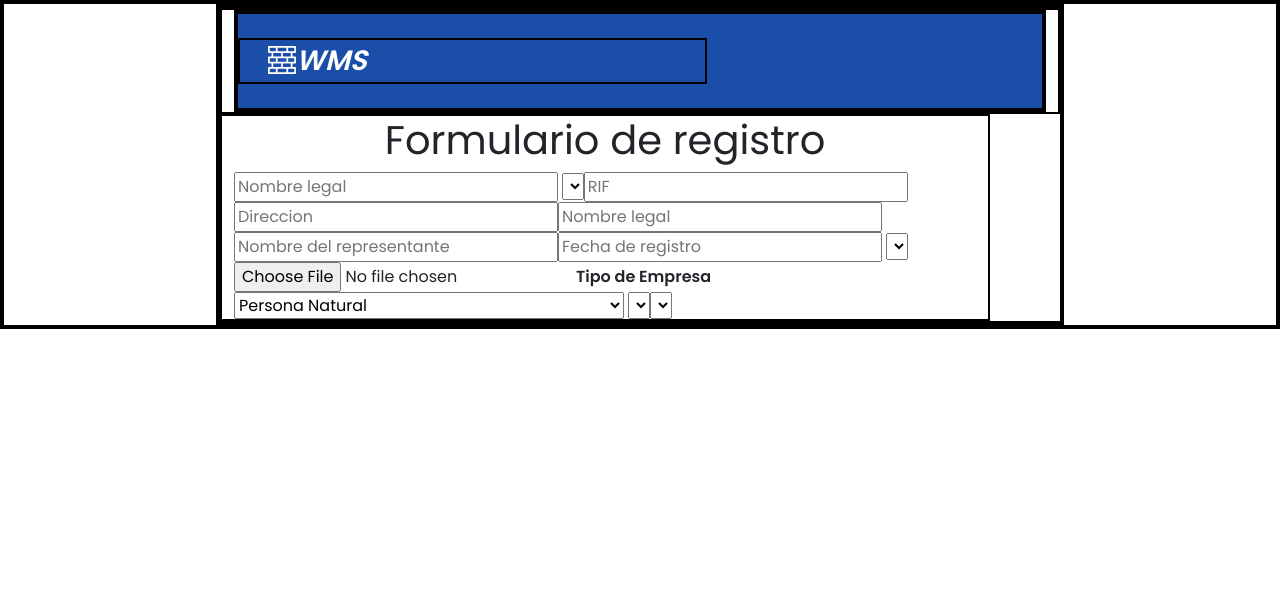
Repository: Rafa-x64/Gestion_inventario_practica
Page: http://localhost/Gestion_inventario/index.php?page=registro-empresa
An editor plug-in stored every save of this project. The page is shown before and after a run of saves, followed by the edit.
The browser window is 1280 px wide. The pictures show the whole page.
The page is run by PHP 8.4 with error messages shown; the project is at /var/www/html/.

Above is the page before, as saved 2025-07-22 17:48:58.

After the next 7 saves:
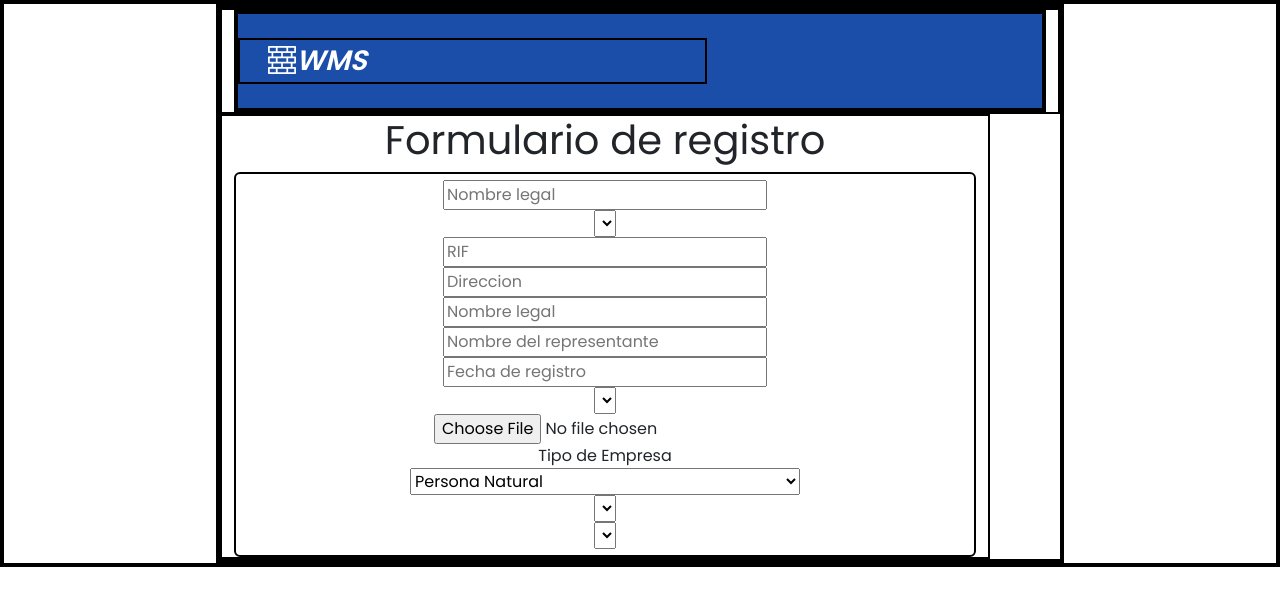
The 7 saves are shown as one change because they came seconds apart.
The last was saved 17 s later.
--- a/view/php/registro-empresa-view.php
+++ b/view/php/registro-empresa-view.php
@@ -26,7 +26,7 @@
                 </div>
                 <div class="col-11 d-flex flex-column align-items-center justify-content-center">
                     <h1>Formulario de registro</h1>
-                    <form action="" method="post" class="form">
+                    <form action="" method="post" class="form-control d-flex flex-column align-items-center justify-content-center">
                         <input type="text" name="" id="nombre_legal" placeholder="Nombre legal">
                         <select name="" id="">
                             <option value=""></option>
